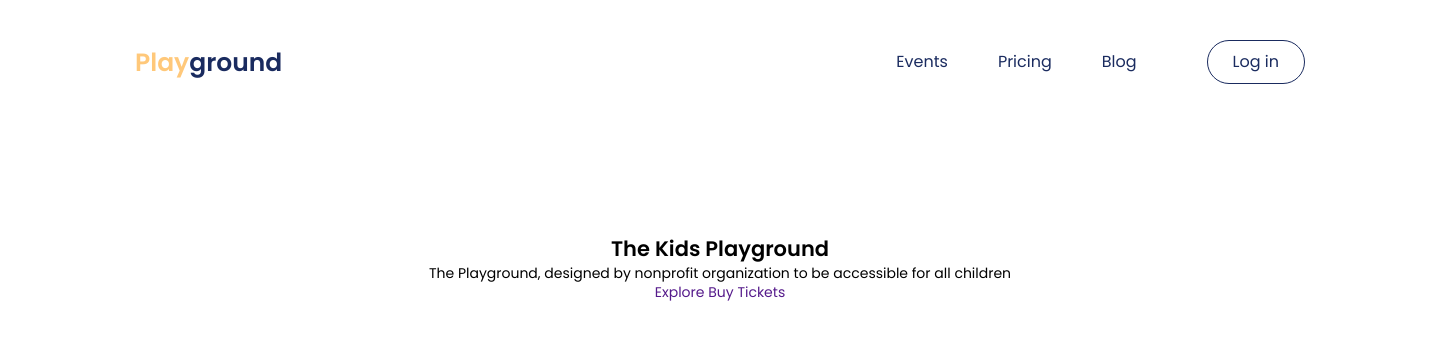
Repository: khuong30082000/the-playground
Page: index.html
These files come from the project's save history. The page is drawn as it stood at one moment and after the next save; the edit follows.
The browser window is 1280 px wide. The page is 1440 px wide, so the pictures cover 1440 px, including what lies to the right of the window. The pictures show the whole page.
The style sheet was rebuilt from its Sass, Less or Tailwind sources for each picture, by a compiler version that may differ from the author's.

Above is the page before, as saved 2022-04-25 13:17:41.

### index.html
<!DOCTYPE html>
<html lang="en">

<head>
    <meta charset="UTF-8" />
    <meta http-equiv="X-UA-Compatible" content="IE=edge" />
    <meta name="viewport" content="width=device-width, initial-scale=1.0" />
    <title>Document</title>
    <link rel="stylesheet" href="css/style.css" />
    <link rel="preconnect" href="https://fonts.googleapis.com" />
    <link rel="preconnect" href="https://fonts.gstatic.com" crossorigin />
    <link href="https://fonts.googleapis.com/css2?family=Poppins:wght@300;400;600&display=swap" rel="stylesheet" />
    <link rel="stylesheet"
        href="https://cdn.jsdelivr.net/npm/@fortawesome/fontawesome-free@5.15.4/css/fontawesome.min.css" />
</head>

<body>
    <div class="wrapper">
        <header class="header">
            <div class="container ">
                <div class="header__inner">
                    <a href="index.html" class="header__logo"><span class="header__logo-text">Play</span>ground</a>
                    <ul class="header__menu-list">
                        <li class="header__menu-item">
                            <a href="" class="header__menu-link">Events</a>
                        </li>
                        <li class="header__menu-item">
                            <a href="" class="header__menu-link">Pricing</a>
                        </li>
                        <li class="header__menu-item">
                            <a href="" class="header__menu-link">Blog</a>
                        </li>
                        <li class="header__menu-item">
                            <a href="" class="header__menu-link header__menu-login">Log in</a>
                        </li>
                    </ul>
                </div>
            </div>
        </header>
        <section class="banner">
            <div class="container">
                <h1 class="banner__heading">The Kids Playground</h1>
                <p class="banner__desc">The Playground, designed by nonprofit organization to be accessible for all
                    children </p>
                <div class="banner__bottom">
                    <a href="" class="btn banner__bottom-left">Explore</a>
                    <a href="" class="btn banner__bottom-right">Buy Tickets</a>
                </div>
            </div>
        </section>
    </div>
</body>

</html>

### scss/style.scss
@import "./variable";
@import "./mixins";
@import "./base";
@import  "./header";
@import "./banner";

### scss/_variable.scss
$primary-color:#ffc87a;
$text-color:#1a2b5f

### scss/_mixins.scss
@mixin flex($align:flex-start,$justify:flex-start,$wrap:nowrap) {
   display:flex;
   align-items: $align;
   justify-content: $justify;
   flex-wrap: $wrap;
}

### scss/_base.scss
*,
*::before,
*::after {
    box-sizing: border-box;
}
* {
    margin: 0;
}

html,
body {
    height: 100%;
    font-size: 62.5%;
}
a {text-decoration: none;}
body {
    line-height: 1.5;
    -webkit-font-smoothing: antialiased;
    -webkit-tap-highlight-color: rgba(0, 0, 0, 0);
}
img {
    display: block;
    max-width: 100%;
}

input,
button,
textarea,
select {
    font: inherit;
    outline: none;
    border: none;
}
p,
h1,
h2,
h3,
h4,
h5,
h6 {
    overflow-wrap: break-word;
}
body {
    font-family: "Poppins", sans-serif;
   font-size: 1.4rem;
   line-height: 1.4;

}
.wrapper {
    width: 144rem;
    margin: 0 auto;
}
.container {
    max-width: 121rem;
    padding-left: 2rem;
    padding-right: 2rem;
    margin:0 auto;
}

### scss/_header.scss
.header {
  padding-top: 4rem;
  &__inner {
    @include flex(center, space-between);
  }
  &__menu {
    &-list {
      @include flex(center);
      list-style: none;
    }
    &-item {
      margin-left: 5rem;
      &:last-child {
        margin-left: 7rem;
      }
    }
    &-link {
      font-size: 1.6rem;
      color: $text-color;
      transition:color 0.25s linear , border 0.25s linear;
      &:hover {
        color: $primary-color;
      }
    }
    &-login {
      padding: 1rem 2.5rem;
      border: 1px solid;
      border-radius: 2.5rem;
      display: inline-block;
    }
  }
  &__logo {
    font-size: 2.5rem;
    font-weight: 600;
    color: $text-color;
    &-text {
      color: $primary-color;
    }
  }
}

### scss/_banner.scss
.banner {
    padding-top: 15rem;
    max-width: 80rem;
    margin: 0 auto;
    text-align: center;
}

After the next save:
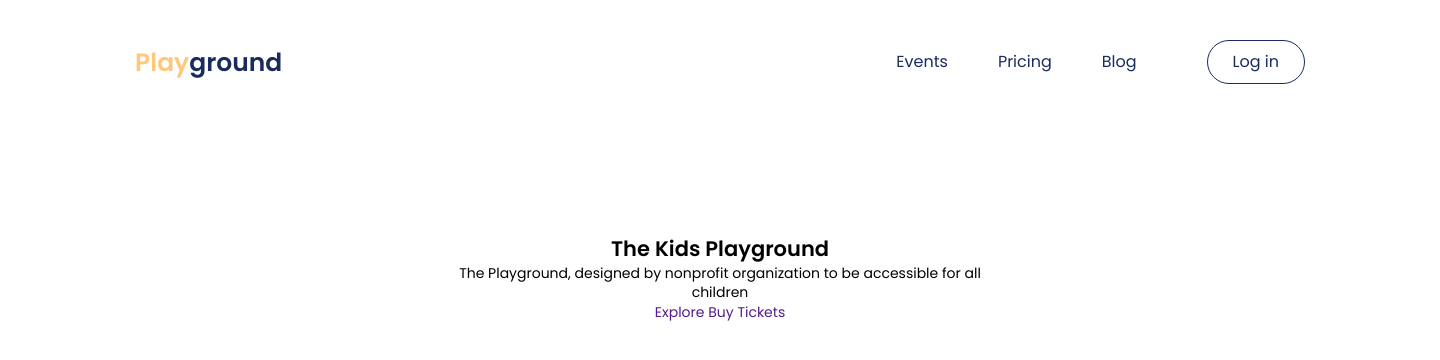
Saved 8 s later.
--- a/scss/_banner.scss
+++ b/scss/_banner.scss
@@ -1,6 +1,6 @@
 .banner {
     padding-top: 15rem;
-    max-width: 80rem;
+    max-width: 60rem;
     margin: 0 auto;
     text-align: center;
 }

After the save that followed:
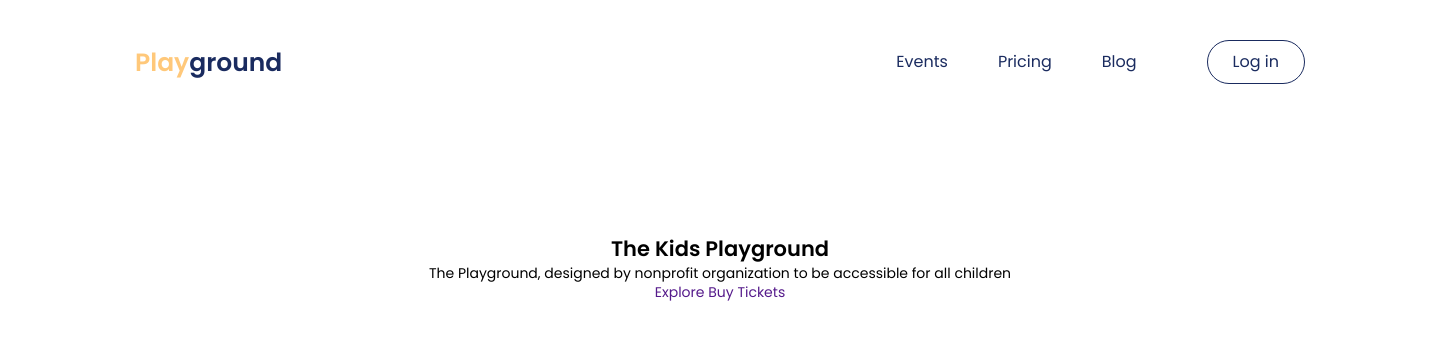
Saved 11 s later.
--- a/scss/_banner.scss
+++ b/scss/_banner.scss
@@ -1,6 +1,6 @@
 .banner {
     padding-top: 15rem;
-    max-width: 60rem;
+    max-width: 80rem;
     margin: 0 auto;
     text-align: center;
 }
